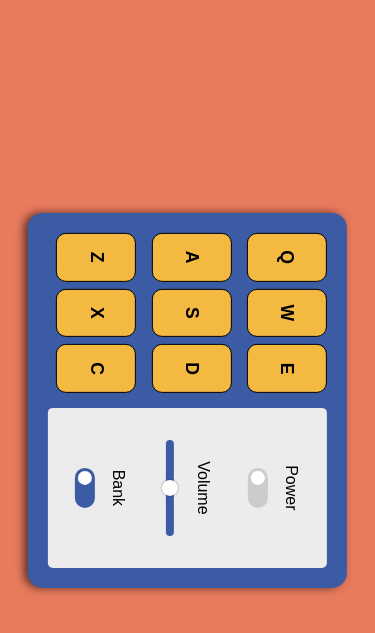
Repository: alfredoleano/drum-machine
Page: /
These files come from the project's save history. The page is drawn as it stood at one moment and after the next save; the edit follows.
The browser window is 375 px wide. The pictures show the whole page.
The project was rebuilt for these pictures with package versions that can differ from the ones it lists, and the page was loaded fresh each time.

Above is the page before, as saved 2024-06-11 20:00:20.

### src/App.js
import { useEffect, useState } from 'react';
import './App.css';
import './styles.scss';

function App() {
  const bank1 = {
    Q: 'sounds/Heater-1.mp3',
    W: 'sounds/Heater-2.mp3',
    E: 'sounds/Heater-3.mp3',
    A: 'sounds/Heater-4_1.mp3',
    S: 'sounds/Heater-6.mp3',
    D: 'sounds/Dsc_Oh.mp3',
    Z: 'sounds/Kick_n_Hat.mp3',
    X: 'sounds/RP4_KICK_1.mp3',
    C: 'sounds/Cev_H2.mp3'
  };

  const bank2 = {
    Q: 'sounds/piano.mp3',
    W: 'sounds/jazz.wav',
    E: 'sounds/bangu.wav',
    A: 'sounds/num.wav',
    S: 'sounds/stroke.wav',
    D: 'sounds/cymbals.wav',
    Z: 'sounds/tom.wav',
    X: 'sounds/kick.wav',
    C: 'sounds/snare.wav'
  };

  const [volume, setVolume] = useState(50); // initial sound value
  const [power, setPower] = useState(false); //initial power volume
  const [bank, setBank] = useState(bank1); // initial bank value
  const [isBank1, setIsBank1] = useState(true); // initial bank toggle state

  // Function to change volume
  const changeVolume = (event) => {
    setVolume(event.target.value); // Update the state with current value of the volume slider
  };

  // Function to toggle power
  const togglePower = () => {
    setPower(!power);
  };

  // Function to switch Banks
  const toggleBank = () => {
    setBank(isBank1 ? bank2 : bank1);
    setIsBank1(!isBank1);
  }

  // Function to play sound
  const playSound = (id) => {
    if(!power) return; // Check if the power is on
    const audio = new Audio(bank[id]);
    audio.volume = volume / 100; // initial sound volume
    audio.currentTime = 0; // Set audio to beginning
    audio.play();
  };

  // Use useEffect to add event listener for keydown events
  useEffect(() => {
    // Make the approptiate key play the approptiate sound
    const handleKeydown = (event) => {
      const key = event.key.toUpperCase();
      if(['Q', 'W', 'E', 'A', 'S', 'D', 'Z', 'X', 'C'].includes(key)) {
        playSound(key);

        // Add active class to the button
        const button = document.getElementById(`button-${key}`);
        if(button) {
          button.classList.add('active');
        }
      }
    };

    const handleKeyup = (event) => {
      const key = event.key.toUpperCase();
      if (['Q', 'W', 'E', 'A', 'S', 'D', 'Z', 'X', 'C'].includes(key)) {
        // Remove active class from the button
        const button = document.getElementById(`button-${key}`);
        if (button) {
          button.classList.remove('active');
        }
      }
    };

    // Add keydown event listener
    window.addEventListener('keydown', handleKeydown);
    window.addEventListener('keyup', handleKeyup);

    // Cleanup event listener on component unmount
    return () => {
      window.removeEventListener('keydown', handleKeydown);
      window.removeEventListener('keyup', handleKeyup);
    };
  }, [volume, power, bank]);

  return (
    <div className="App">
      <div id='drum-machine'>
        <div class="display-wrapper">
          <div id='display'>
            <div className='buttons-grid'>
              <button id="button-Q" onClick={() => playSound('Q')}>Q</button>
              <button id="button-W" onClick={() => playSound('W')}>W</button>
              <button id="button-E" onClick={() => playSound('E')}>E</button>
              <button id="button-A" onClick={() => playSound('A')}>A</button>
              <button id="button-S" onClick={() => playSound('S')}>S</button>
              <button id="button-D" onClick={() => playSound('D')}>D</button>
              <button id="button-Z" onClick={() => playSound('Z')}>Z</button>
              <button id="button-X" onClick={() => playSound('X')}>X</button>
              <button id="button-C" onClick={() => playSound('C')}>C</button>
            </div>

            <div className='controls'>
              <div className='settings'>
                <label>Power</label>
                {/* Rounded switch */}
                <label className="switch">
                  <input type="checkbox" checked={power} onChange={togglePower}/>
                  <span className="slider round"></span>
                </label>
              </div>

              <div className='settings'>
                <label>Volume</label>
                <input
                  type='range'
                  min={0}
                  max={100}
                  value={volume}
                  onChange={changeVolume}
                  className='blue'
                />
              </div>

              <div className='settings'>
                <label>Bank</label>
                <label className="switch">
                  <input type="checkbox" checked={!isBank1} onChange={toggleBank}/>
                  <span className="slider bank"></span>
                </label>
              </div>
            </div>

          </div>
        </div>

      </div>
    </div>
  );
}

export default App;

### src/styles.scss
$primary-color: #E87A5D;
$secondary-color: #F3B941;
$tertiary-color: #3B5BA5;

/* Apply box-sizing: border-box globally */
*,
*::before,
*::after {
  box-sizing: border-box;
}

body {
  box-sizing: border-box;
  font-family: Arial, sans-serif;
  background-color: $primary-color;
  margin: 0;
  padding: 0;
  height: 100vh;
  // display: flex;
  // align-items: center;
  // justify-content: center;
}

#drum-machine {
  width: 100vw;
  height: 100vh;
  display: flex;
  align-items: center;
  justify-content: center;
  // background-color: greenyellow;
}

#display {
  background-color: $tertiary-color;
  width: 85%;
  max-width: 590px;
  margin: 30px auto;
  padding: 20px;
  border-radius: 15px;
  box-shadow: 0 4px 8px rgba(0, 0, 0, 0.6); /* Subtle shadow */
  display: grid;
  grid-template-columns: 1fr 1fr;
  grid-auto-columns: min-content;
  gap: 15px;
}

.buttons-grid {
  display: grid;
  grid-template-columns: repeat(3, 1fr);
  grid-template-rows: repeat(3, 1fr);
  gap: 7px;
  width: 100%;
}

.buttons-grid button {
  width: 100%px;
  height: 80px;
  // width: 100%;
  // height: 100%;
  border-radius: 10px;
  border: 1px solid #000;
  // border: none;
  font-weight: 800;
  font-size: 1.1rem;
  cursor: pointer;
  outline: none;
  background-color: #F3B941;
}

.buttons-grid button:active {
  background-color: #f1c979;
}

// For keydown event
.buttons-grid button.active {
  background-color: #f1c979;
}

.controls {
  padding: 10px;
  width: 100%;
  display: flex;
  align-items: center;
  justify-content: center;
  flex-direction: column;
  border-radius: 5px;
  background-color: #ececec;
}

.settings {
  display: flex;
  flex-direction: column;
  justify-content: space-around;
  align-items: center;
  padding: 10px;
  height: 35%;
  width: 100%;
  // background-color: #E87A5D;
}


/********************* Rounded switch styling ***********************/

/* The switch - the box around the slider */
.switch {
  position: relative;
  display: inline-block;
  width: 40px;
  height: 20px;
  // margin-top: 5px;
}

/* Hide default HTML checkbox */
.switch input {
  opacity: 0;
  width: 0;
  height: 0;
}

/* The slider */
.slider {
  position: absolute;
  cursor: pointer;
  top: 0;
  left: 0;
  right: 0;
  bottom: 0;
  background-color: #ccc;
  -webkit-transition: .4s;
  transition: .4s;
  border-radius: 25px;
}

.slider.bank {
  background: $tertiary-color;
}

.slider:before {
  position: absolute;
  content: "";
  height: 14px;
  width: 14px;
  left: 3px;
  bottom: 3px;
  background-color: white;
  -webkit-transition: .4s;
  transition: .4s;
  border-radius: 50%;
}

input:checked + .slider {
  background-color: $tertiary-color;
}

input:focus + .slider {
  box-shadow: 0 0 1px $tertiary-color;
}

input:checked + .slider:before {
  -webkit-transform: translateX(20px);
  -ms-transform: translateX(20px);
  transform: translateX(20px);
}

/* Rounded sliders */
.slider.round {
  border-radius: 34px;
}

.slider.round:before {
  border-radius: 50%;
}


/********************* Volume slider styling ***********************/
/* Style the range input */
input[type="range"] {
  appearance: none; /* Standard property */
  -webkit-appearance: none; /* WebKit browsers (Chrome, Safari, iOS) */
  -moz-appearance: none; /* Firefox */
  -ms-appearance: none; /* Internet Explorer and Edge */
  width: 80%;
  height: 8px; /* Adjust height as needed */
  background: $tertiary-color; /* Track color */
  border-radius: 5px;
  outline: none;
  opacity: 1;
  transition: opacity .2s;
}

/* Style the thumb for WebKit browsers (e.g., Chrome, Safari) */
input[type="range"]::-webkit-slider-thumb {
  -webkit-appearance: none; /* Remove default styling */
  appearance: none;
  width: 16px; /* Adjust thumb width as needed */
  height: 16px; /* Adjust thumb height as needed */
  background: #ffffff; /* Thumb color */
  border-radius: 50%; /* Make thumb round */
  cursor: pointer;
  box-shadow: 0 0 2px rgba(0, 0, 0, 0.5);
}


/* Style the thumb for Firefox */
input[type="range"]::-moz-range-thumb {
  -moz-appearance: none; /* Remove default styling */
  appearance: none; /* Standard property */
  width: 16px; /* Adjust thumb width as needed */
  height: 16px; /* Adjust thumb height as needed */
  background: #ffffff; /* Thumb color */
  border-radius: 50%; /* Make thumb round */
  cursor: pointer;
  box-shadow: 0 0 2px rgba(0, 0, 0, 0.5);
}

/* Style the thumb for Internet Explorer */
input[type="range"]::-ms-thumb {
  -ms-appearance: none; /* Remove default styling */
  appearance: none; /* Standard property */
  width: 16px; /* Adjust thumb width as needed */
  height: 16px; /* Adjust thumb height as needed */
  background: #ffffff; /* Thumb color */
  border-radius: 50%; /* Make thumb round */
  cursor: pointer;
  box-shadow: 0 0 2px rgba(0, 0, 0, 0.5);
}

/* Style the track for Internet Explorer */
input[type="range"]::-ms-track {
  width: 75%;
  height: 8px; /* Adjust height as needed */
  background: $tertiary-color; /* Track color */
  border-color: transparent;
  color: transparent;
  border-radius: 5px;
}

/******************** Mobile Design **********************/
@media screen and (max-width: 490px) {
  body {
    display: flex;
    justify-content: center;
    align-items: center;
  }

  .display-wrapper {
    width: 100vh;
    height: 85vw;
    display: flex;
    justify-content: center;
    align-items: center;
  }

  #display {
    transform: rotate(90deg);
    // max-width: 100vh;
    width: 100%;
    height: 100%;
  }

  .App {
    display: flex;
    justify-content: center;
    align-items: center;
    height: 100vh;
  }
}

Loaded but not shown: public/index.html (common file); src/index.js (common file); src/index.css (common file); src/reportWebVitals.js (common file); src/App.css (common file)

After the next save:
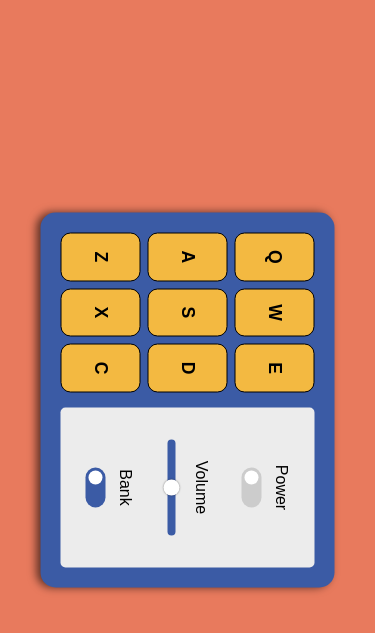
Saved 11 min 35 s later.
--- a/src/styles.scss
+++ b/src/styles.scss
@@ -243,14 +243,6 @@ input[type="range"]::-ms-track {
     align-items: center;
   }
 
-  .display-wrapper {
-    width: 100vh;
-    height: 85vw;
-    display: flex;
-    justify-content: center;
-    align-items: center;
-  }
-
   #display {
     transform: rotate(90deg);
     // max-width: 100vh;
